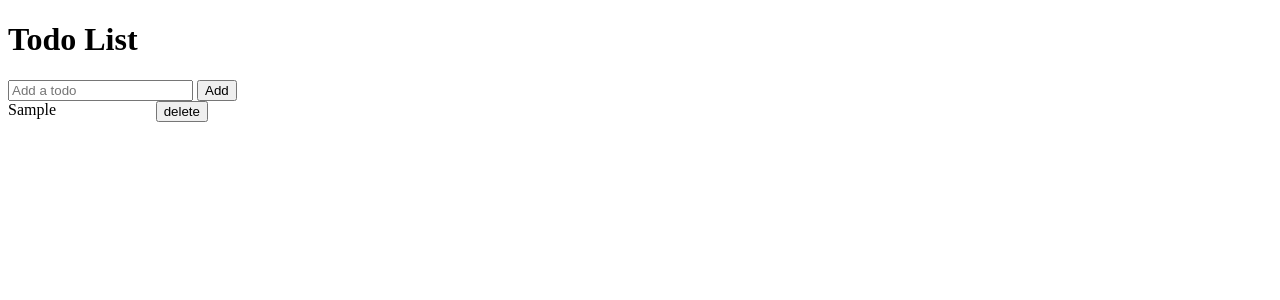
Repository: ble-syn/Todo-list
Page: index.html
An editor plug-in stored every save of this project. The page is shown before and after the next save, followed by the edit.
The browser window is 1280 px wide. The pictures show the whole page.
Empty fields were first filled with sample values (such as "Sample", 5 or name@example.com).
After loading, the first visible `button` was clicked once.

Above is the page before, as saved 2022-10-17 21:14:44.

After the next save:
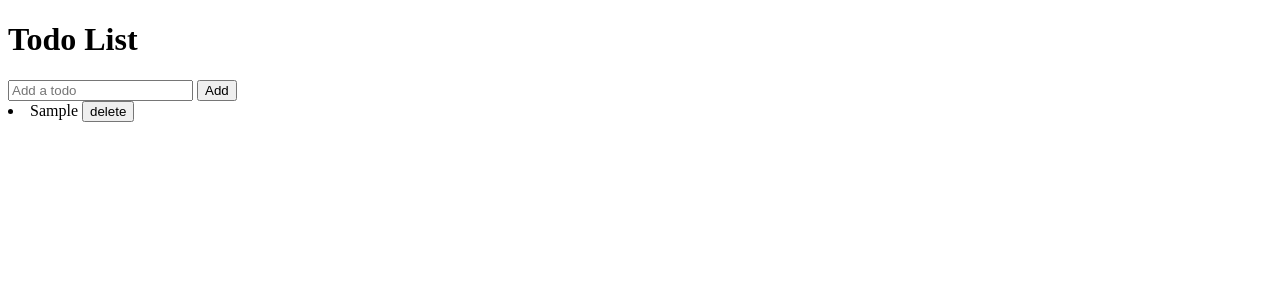
Saved 50 s later.
--- a/app.js
+++ b/app.js
@@ -9,7 +9,7 @@
     todoList.innerHTML = ""
     const items = todoArray.map((element, index) => {
         return `
-            <li style="display: flex; justify-content: space-between; width: 200px;">
+            <li class="li">
                 <span>${element}</span>
                 <button id="${index}" onclick="delFunc(${index})">delete</button>
             </li>

After the 4 saves that followed:
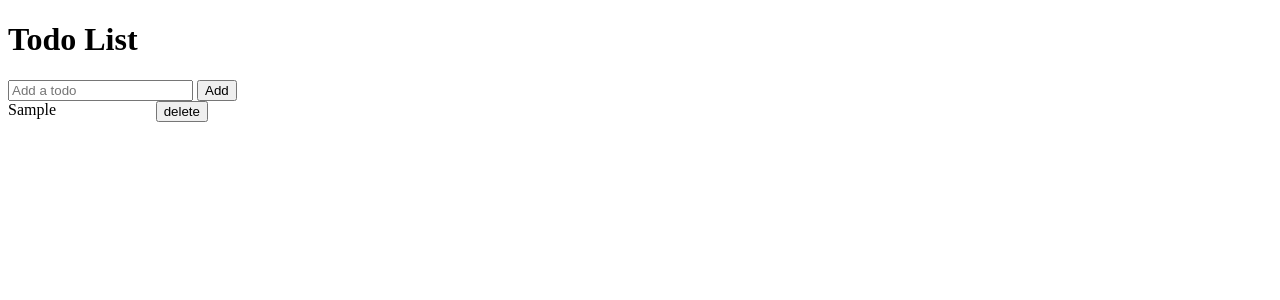
The 4 saves are shown as one change because 3 left the picture as it was.
The last was saved 6 min 20 s later.
--- a/app.js
+++ b/app.js
@@ -9,7 +9,7 @@
     todoList.innerHTML = ""
     const items = todoArray.map((element, index) => {
         return `
-            <li class="li">
+            <li style="display: flex; justify-content: space-between; width: 200px;">
                 <span>${element}</span>
                 <button id="${index}" onclick="delFunc(${index})">delete</button>
             </li>
